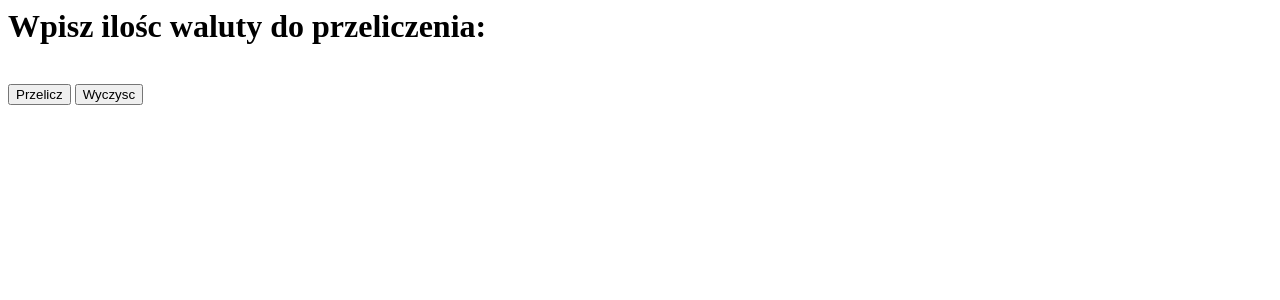
Repository: kuska-marcin/SRIR
Page: http://localhost/KantorWSClient/sampleKantorPrzeliczProxy/Input.jsp?method=2
These files come from the project's save history. The page is drawn as it stood at one moment and after the next save; the edit follows.
The browser window is 1280 px wide. The pictures show the whole page.
The page is served by Tomcat 9. Other server files are loaded and not shown.

Above is the page before, as saved 2016-01-12 22:32:26.

### KantorWSClient/WebContent/sampleKantorPrzeliczProxy/Input.jsp
<%@page contentType="text/html;charset=UTF-8"%>
<HTML>
<HEAD>
<TITLE>Wprowadź</TITLE>
</HEAD>
<BODY>
<H1>Wpisz ilośc waluty do przeliczenia:</H1>

<%
String method = request.getParameter("method");
int methodID = 0;
if (method == null) methodID = -1;

boolean valid = true;

if(methodID != -1) methodID = Integer.parseInt(method);
switch (methodID){
case 2:
valid = false;
%>
<FORM METHOD="POST" ACTION="Result.jsp" TARGET="result">
<INPUT TYPE="HIDDEN" NAME="method" VALUE="<%=org.eclipse.jst.ws.util.JspUtils.markup(method)%>">
<BR>
<INPUT TYPE="SUBMIT" VALUE="Przelicz">
<INPUT TYPE="RESET" VALUE="Wyczysc">
</FORM>
<%
break;
case 5:
valid = false;
%>
<FORM METHOD="POST" ACTION="Result.jsp" TARGET="result">
<INPUT TYPE="HIDDEN" NAME="method" VALUE="<%=org.eclipse.jst.ws.util.JspUtils.markup(method)%>">
<TABLE>
<TR>
<TD COLSPAN="1" ALIGN="LEFT">endpoint:</TD>
<TD ALIGN="left"><INPUT TYPE="TEXT" NAME="endpoint8" SIZE=20></TD>
</TR>
</TABLE>
<BR>
<INPUT TYPE="SUBMIT" VALUE="Przelicz">
<INPUT TYPE="RESET" VALUE="Wyczysc">
</FORM>
<%
break;
case 10:
valid = false;
%>
<FORM METHOD="POST" ACTION="Result.jsp" TARGET="result">
<INPUT TYPE="HIDDEN" NAME="method" VALUE="<%=org.eclipse.jst.ws.util.JspUtils.markup(method)%>">
<BR>
<INPUT TYPE="SUBMIT" VALUE="Przelicz">
<INPUT TYPE="RESET" VALUE="Wyczysc">
</FORM>
<%
break;
case 13:
valid = false;
%>
<FORM METHOD="POST" ACTION="Result.jsp" TARGET="result">
<INPUT TYPE="HIDDEN" NAME="method" VALUE="<%=org.eclipse.jst.ws.util.JspUtils.markup(method)%>">
<TABLE>
<TR>
<TD COLSPAN="1" ALIGN="LEFT">Wartość:</TD>
<TD ALIGN="left"><INPUT TYPE="TEXT" NAME="value16" SIZE=20></TD>
</TR>
</TABLE>
<BR>
<INPUT TYPE="SUBMIT" VALUE="Przelicz">
<INPUT TYPE="RESET" VALUE="Wyczysc">
</FORM>
<%
break;
case 18:
valid = false;
%>
<FORM METHOD="POST" ACTION="Result.jsp" TARGET="result">
<INPUT TYPE="HIDDEN" NAME="method" VALUE="<%=org.eclipse.jst.ws.util.JspUtils.markup(method)%>">
<TABLE>
<TR>
<TD COLSPAN="1" ALIGN="LEFT">Wartość:</TD>
<TD ALIGN="left"><INPUT TYPE="TEXT" NAME="value21" SIZE=20></TD>
</TR>
</TABLE>
<BR>
<INPUT TYPE="SUBMIT" VALUE="Przelicz">
<INPUT TYPE="RESET" VALUE="Wyczysc">
</FORM>
<%
break;
case 1111111111:
valid = false;
%>
<FORM METHOD="POST" ACTION="Result.jsp" TARGET="result">
<INPUT TYPE="HIDDEN" NAME="method" VALUE="<%=org.eclipse.jst.ws.util.JspUtils.markup(method)%>">
<TABLE>
<TR>
<TD COLSPAN="1" ALIGN="LEFT">URLString:</TD>
<TD ALIGN="left"><INPUT TYPE="TEXT" NAME="url1111111111" SIZE=20></TD>
</TR>
</TABLE>
<BR>
<INPUT TYPE="SUBMIT" VALUE="Przelicz">
<INPUT TYPE="RESET" VALUE="Wyczysc">
</FORM>
<%
break;
case 1111111112:
valid = false;
%>
<FORM METHOD="POST" ACTION="Result.jsp" TARGET="result">
<INPUT TYPE="HIDDEN" NAME="method" VALUE="<%=org.eclipse.jst.ws.util.JspUtils.markup(method)%>">
<BR>
<INPUT TYPE="SUBMIT" VALUE="Przelicz">
<INPUT TYPE="RESET" VALUE="Wyczysc">
</FORM>
<%
break;
}
if (valid) {
%>
Select a method to test.
<%
}
%>

</BODY>
</HTML>

After the next save:
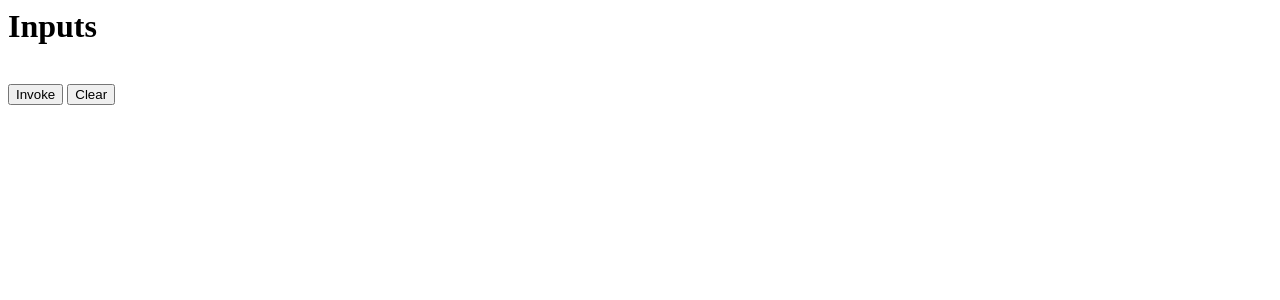
Saved 11 s later.
--- a/KantorWSClient/WebContent/sampleKantorPrzeliczProxy/Input.jsp
+++ b/KantorWSClient/WebContent/sampleKantorPrzeliczProxy/Input.jsp
@@ -1,10 +1,10 @@
 <%@page contentType="text/html;charset=UTF-8"%>
 <HTML>
 <HEAD>
-<TITLE>Wprowadź</TITLE>
+<TITLE>Inputs</TITLE>
 </HEAD>
 <BODY>
-<H1>Wpisz ilośc waluty do przeliczenia:</H1>
+<H1>Inputs</H1>
 
 <%
 String method = request.getParameter("method");
@@ -21,8 +21,8 @@ valid = false;
 <FORM METHOD="POST" ACTION="Result.jsp" TARGET="result">
 <INPUT TYPE="HIDDEN" NAME="method" VALUE="<%=org.eclipse.jst.ws.util.JspUtils.markup(method)%>">
 <BR>
-<INPUT TYPE="SUBMIT" VALUE="Przelicz">
-<INPUT TYPE="RESET" VALUE="Wyczysc">
+<INPUT TYPE="SUBMIT" VALUE="Invoke">
+<INPUT TYPE="RESET" VALUE="Clear">
 </FORM>
 <%
 break;
@@ -38,8 +38,8 @@ valid = false;
 </TR>
 </TABLE>
 <BR>
-<INPUT TYPE="SUBMIT" VALUE="Przelicz">
-<INPUT TYPE="RESET" VALUE="Wyczysc">
+<INPUT TYPE="SUBMIT" VALUE="Invoke">
+<INPUT TYPE="RESET" VALUE="Clear">
 </FORM>
 <%
 break;
@@ -49,8 +49,8 @@ valid = false;
 <FORM METHOD="POST" ACTION="Result.jsp" TARGET="result">
 <INPUT TYPE="HIDDEN" NAME="method" VALUE="<%=org.eclipse.jst.ws.util.JspUtils.markup(method)%>">
 <BR>
-<INPUT TYPE="SUBMIT" VALUE="Przelicz">
-<INPUT TYPE="RESET" VALUE="Wyczysc">
+<INPUT TYPE="SUBMIT" VALUE="Invoke">
+<INPUT TYPE="RESET" VALUE="Clear">
 </FORM>
 <%
 break;
@@ -61,13 +61,13 @@ valid = false;
 <INPUT TYPE="HIDDEN" NAME="method" VALUE="<%=org.eclipse.jst.ws.util.JspUtils.markup(method)%>">
 <TABLE>
 <TR>
-<TD COLSPAN="1" ALIGN="LEFT">Wartość:</TD>
+<TD COLSPAN="1" ALIGN="LEFT">value:</TD>
 <TD ALIGN="left"><INPUT TYPE="TEXT" NAME="value16" SIZE=20></TD>
 </TR>
 </TABLE>
 <BR>
-<INPUT TYPE="SUBMIT" VALUE="Przelicz">
-<INPUT TYPE="RESET" VALUE="Wyczysc">
+<INPUT TYPE="SUBMIT" VALUE="Invoke">
+<INPUT TYPE="RESET" VALUE="Clear">
 </FORM>
 <%
 break;
@@ -78,13 +78,47 @@ valid = false;
 <INPUT TYPE="HIDDEN" NAME="method" VALUE="<%=org.eclipse.jst.ws.util.JspUtils.markup(method)%>">
 <TABLE>
 <TR>
-<TD COLSPAN="1" ALIGN="LEFT">Wartość:</TD>
+<TD COLSPAN="1" ALIGN="LEFT">value:</TD>
 <TD ALIGN="left"><INPUT TYPE="TEXT" NAME="value21" SIZE=20></TD>
 </TR>
 </TABLE>
 <BR>
-<INPUT TYPE="SUBMIT" VALUE="Przelicz">
-<INPUT TYPE="RESET" VALUE="Wyczysc">
+<INPUT TYPE="SUBMIT" VALUE="Invoke">
+<INPUT TYPE="RESET" VALUE="Clear">
+</FORM>
+<%
+break;
+case 23:
+valid = false;
+%>
+<FORM METHOD="POST" ACTION="Result.jsp" TARGET="result">
+<INPUT TYPE="HIDDEN" NAME="method" VALUE="<%=org.eclipse.jst.ws.util.JspUtils.markup(method)%>">
+<TABLE>
+<TR>
+<TD COLSPAN="1" ALIGN="LEFT">value:</TD>
+<TD ALIGN="left"><INPUT TYPE="TEXT" NAME="value26" SIZE=20></TD>
+</TR>
+</TABLE>
+<BR>
+<INPUT TYPE="SUBMIT" VALUE="Invoke">
+<INPUT TYPE="RESET" VALUE="Clear">
+</FORM>
+<%
+break;
+case 28:
+valid = false;
+%>
+<FORM METHOD="POST" ACTION="Result.jsp" TARGET="result">
+<INPUT TYPE="HIDDEN" NAME="method" VALUE="<%=org.eclipse.jst.ws.util.JspUtils.markup(method)%>">
+<TABLE>
+<TR>
+<TD COLSPAN="1" ALIGN="LEFT">value:</TD>
+<TD ALIGN="left"><INPUT TYPE="TEXT" NAME="value31" SIZE=20></TD>
+</TR>
+</TABLE>
+<BR>
+<INPUT TYPE="SUBMIT" VALUE="Invoke">
+<INPUT TYPE="RESET" VALUE="Clear">
 </FORM>
 <%
 break;
@@ -100,8 +134,8 @@ valid = false;
 </TR>
 </TABLE>
 <BR>
-<INPUT TYPE="SUBMIT" VALUE="Przelicz">
-<INPUT TYPE="RESET" VALUE="Wyczysc">
+<INPUT TYPE="SUBMIT" VALUE="Invoke">
+<INPUT TYPE="RESET" VALUE="Clear">
 </FORM>
 <%
 break;
@@ -111,8 +145,8 @@ valid = false;
 <FORM METHOD="POST" ACTION="Result.jsp" TARGET="result">
 <INPUT TYPE="HIDDEN" NAME="method" VALUE="<%=org.eclipse.jst.ws.util.JspUtils.markup(method)%>">
 <BR>
-<INPUT TYPE="SUBMIT" VALUE="Przelicz">
-<INPUT TYPE="RESET" VALUE="Wyczysc">
+<INPUT TYPE="SUBMIT" VALUE="Invoke">
+<INPUT TYPE="RESET" VALUE="Clear">
 </FORM>
 <%
 break;
